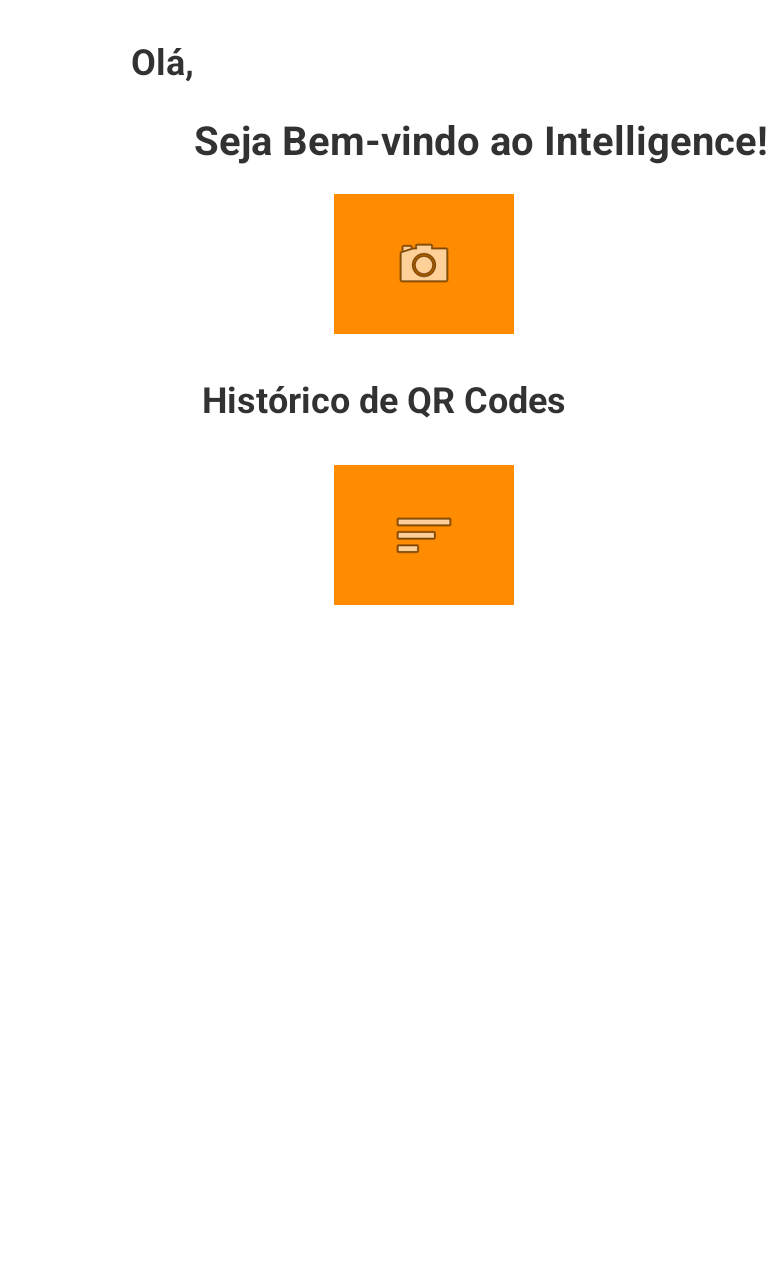
Repository: jhonpatrick/Projeto-QrCode-TDA-Informatica-
Layout: inteligence/res/layout/activity_intelligence.xml
These files come from the project's save history. The layout is drawn as it stood at one moment and after the next save; the edit follows.
It is drawn on a 768 x 1280 px phone screen (xhdpi) without system bars, with theme AppTheme; the app's code is not run.

Above is the layout before, as saved 2016-03-03 13:20:57.

After the next save:
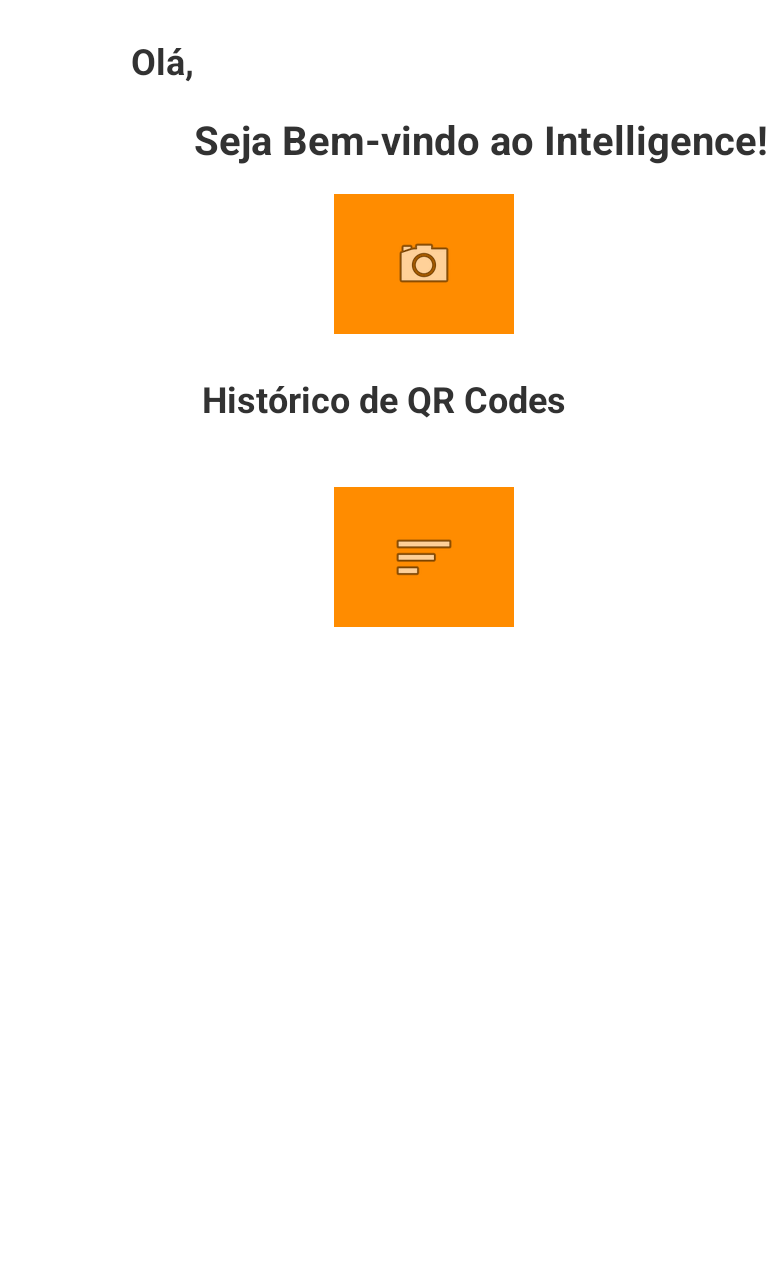
Saved 9 s later.
--- a/inteligence/res/layout/activity_intelligence.xml
+++ b/inteligence/res/layout/activity_intelligence.xml
@@ -15,18 +15,6 @@
         android:text="@string/historico"
         android:textSize="18sp"
         android:textStyle="bold" />
-
-    <ImageButton
-        android:id="@+id/imgb_historico"
-        android:layout_width="90sp"
-        android:layout_height="70sp"
-        android:layout_alignLeft="@+id/imgb_digitalizar"
-        android:layout_below="@+id/textView3"
-        android:layout_marginTop="21dp"
-        android:background="#FF8C00"
-        android:contentDescription="@string/app_name"
-        android:onClick="historicoQr"
-        android:src="@android:drawable/ic_menu_sort_by_size" />
 
     <TextView
         android:id="@+id/textView1"
@@ -63,4 +51,16 @@
         android:onClick="digitalizar"
         android:src="@android:drawable/ic_menu_camera" />
 
+    <ImageButton
+        android:id="@+id/imgb_historico"
+        android:layout_width="90sp"
+        android:layout_height="70sp"
+        android:layout_alignLeft="@+id/imgb_digitalizar"
+        android:layout_below="@+id/textView3"
+        android:layout_marginTop="32dp"
+        android:background="#FF8C00"
+        android:contentDescription="@string/app_name"
+        android:onClick="historicoQr"
+        android:src="@android:drawable/ic_menu_sort_by_size" />
+
 </RelativeLayout>
